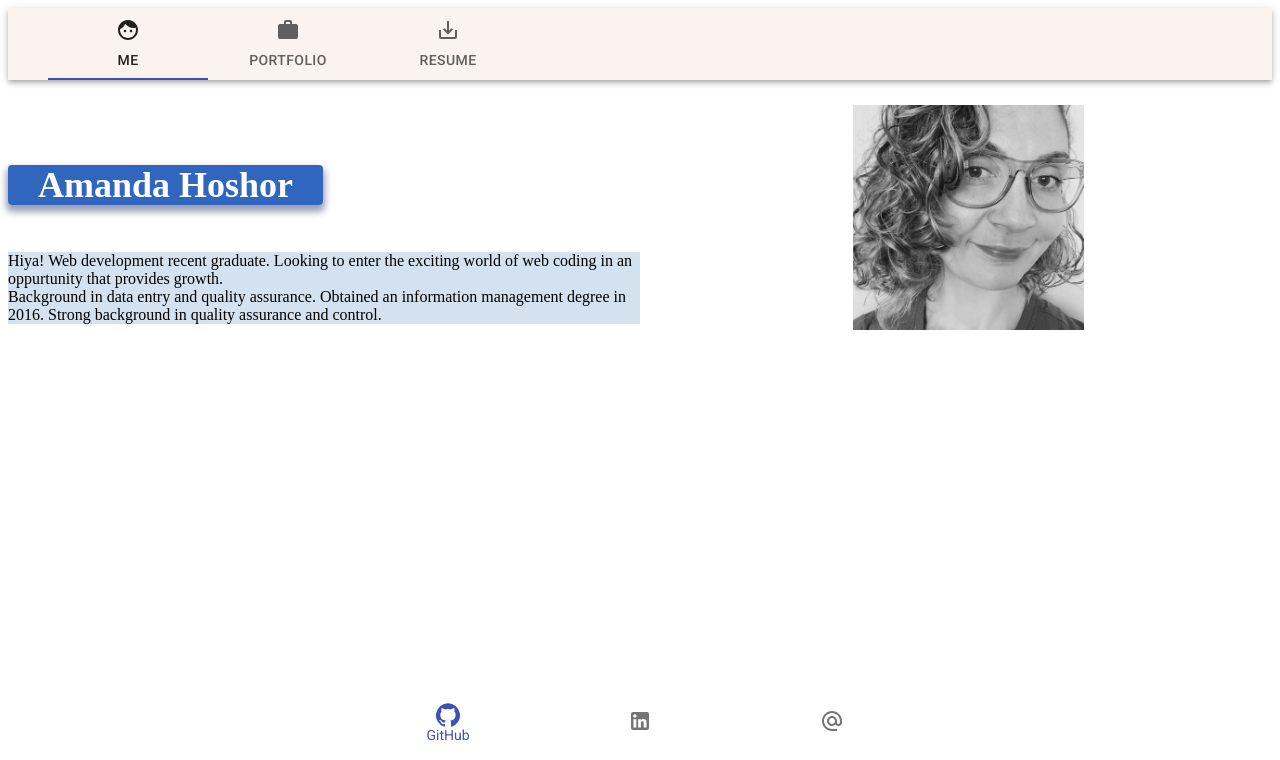
Repository: mandahos/hoshor
Page: /
These files come from the project's save history. The page is drawn as it stood at one moment and after the next save; the edit follows.
The browser window is 1280 px wide. The pictures show the whole page.
The project was rebuilt for these pictures with package versions that can differ from the ones it lists, and the page was loaded fresh each time. Also part of the build but not shown: src/components/Portfolio/index.js, src/components/Resume/index.js. Imported but missing from the stored project, and not drawn on this page: src/assets/resume/Amanda_Hoshor_Resume.PDF, src/assets/resume/Resume_Hoshor (1).pdf.

Above is the page before, as saved 2021-08-22 09:06:06.

After the next save:
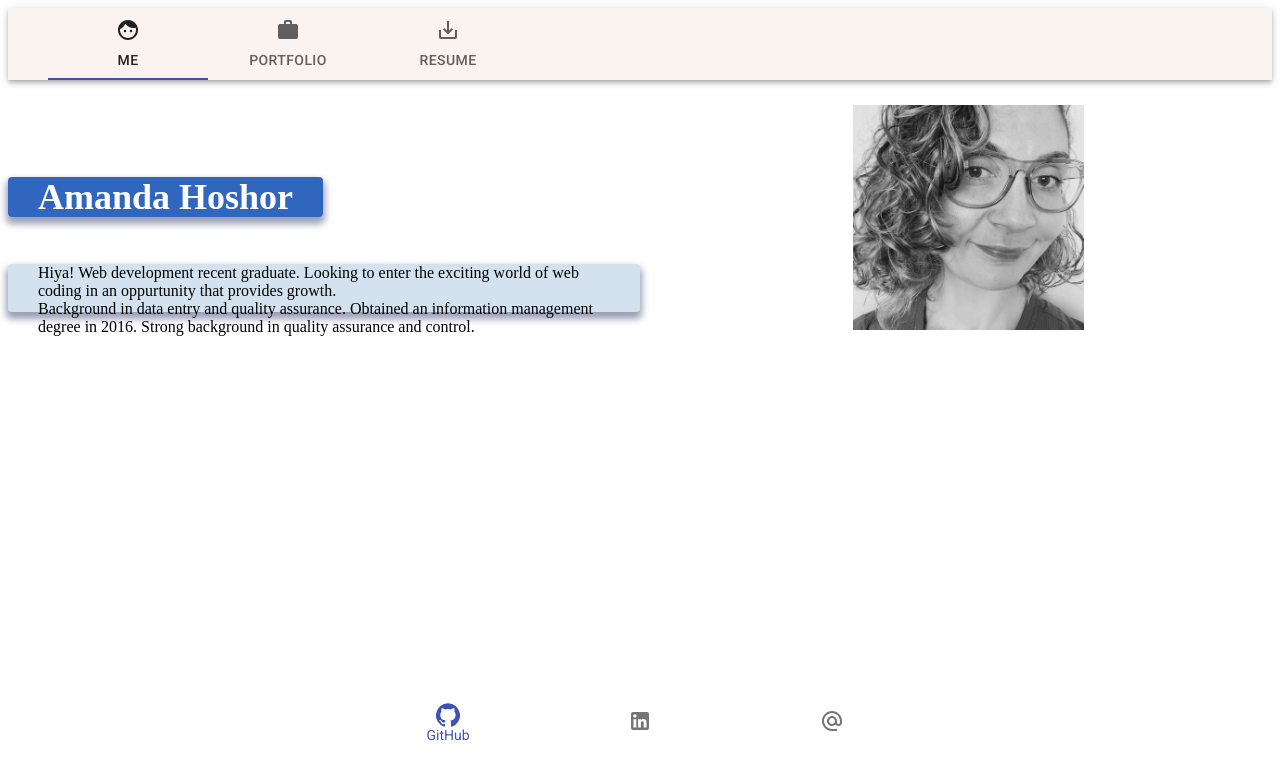
Saved 32 s later.
--- a/src/components/Me/index.js
+++ b/src/components/Me/index.js
@@ -26,7 +26,12 @@ const useStyles = makeStyles({
 
   },
   textBox: {
-    background: '#D3E2EE'
+    background: '#D3E2EE',
+    border: 0,
+    borderRadius: 4,
+    boxShadow: '0 5px 7px 2px #9b9fb5',
+    height: 48,
+    padding: '0 30px',
   }
 
 });
